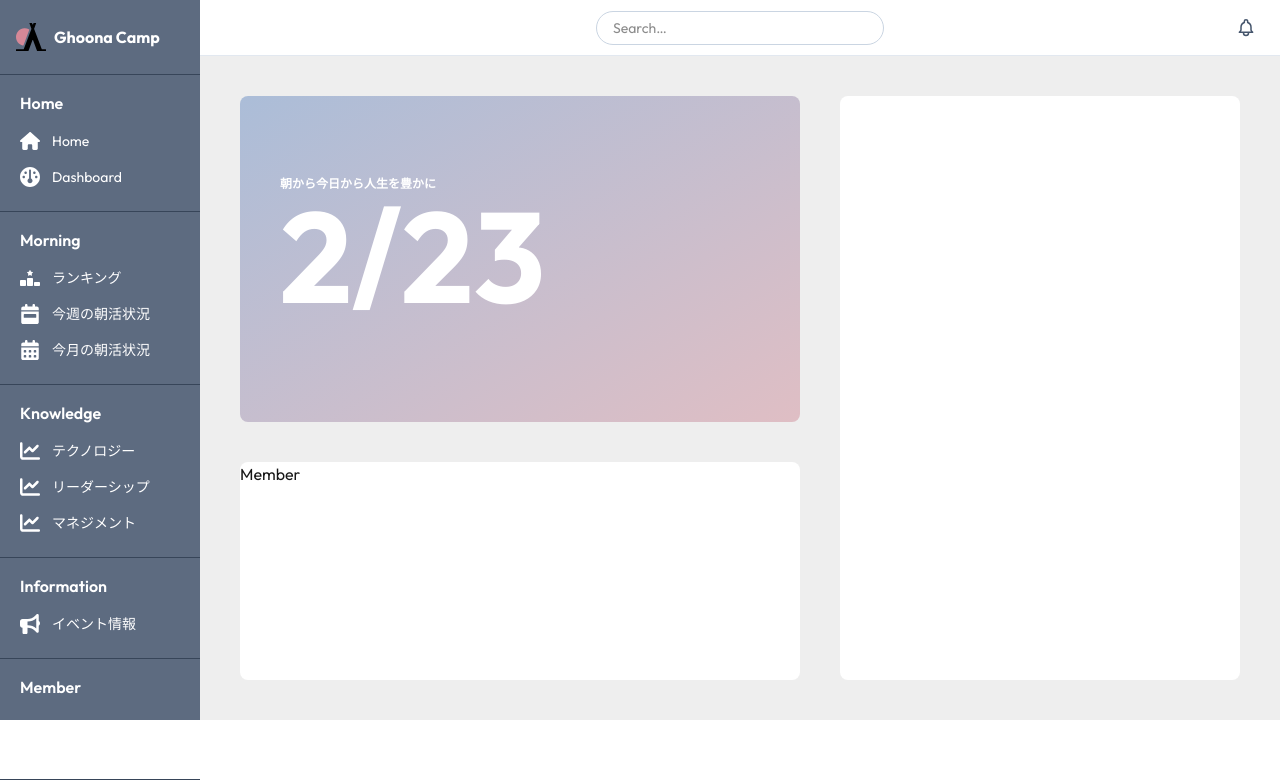
Repository: ShotaGhoona/ghoonacamp_platform
Page: /
An editor plug-in stored every save of this project. The page is shown before and after the next save, followed by the edit.
The browser window is 1280 px wide. The pictures show the whole page.
The page's requests for data from a server got no answer. The project was rebuilt for these pictures with package versions that can differ from the ones it lists, and the page was loaded fresh each time. The framework's server and built-in components were replaced by stand-ins that run in the browser. No one was signed in, and anything a server would have sent is missing. Also part of the build but not shown: next.config.js.

Above is the page before, as saved 2025-04-25 12:51:31.

After the next save:
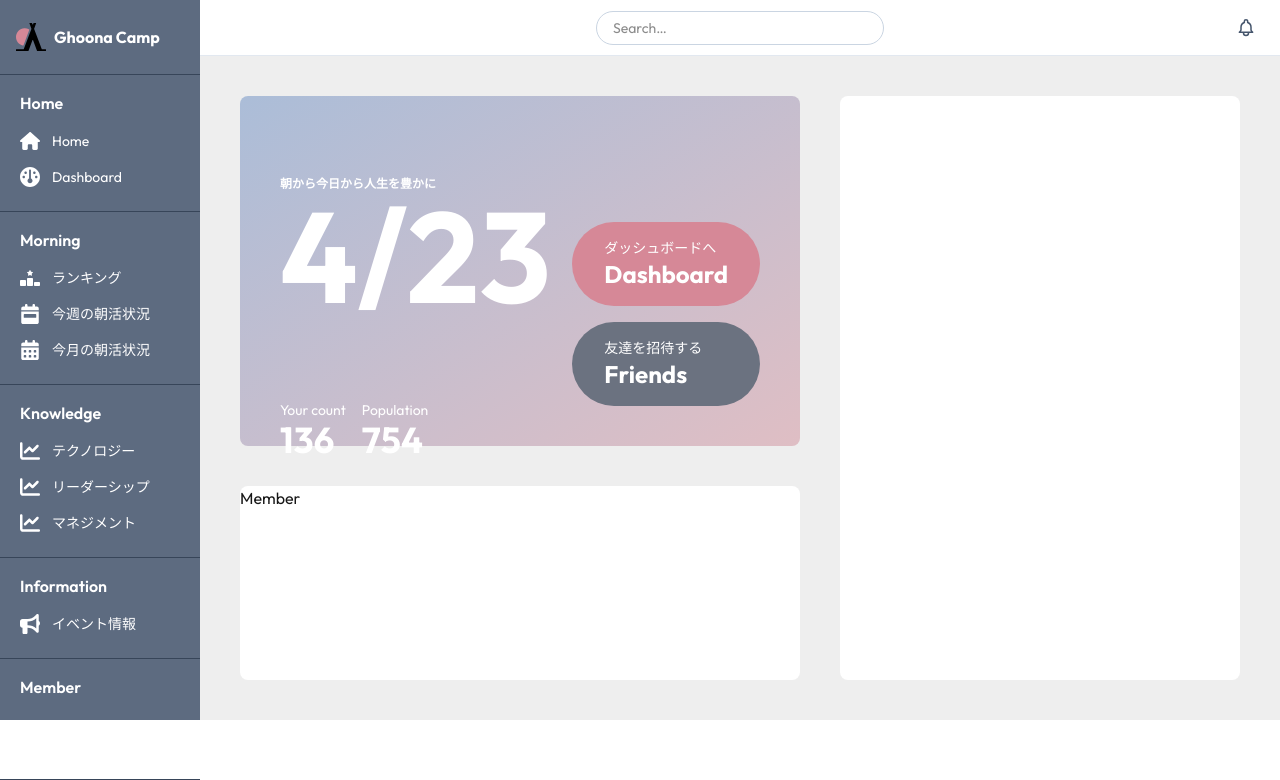
Saved 10 s later.
--- a/src/features/home/home/display/hero.tsx
+++ b/src/features/home/home/display/hero.tsx
@@ -4,14 +4,32 @@ import CornerCta from "../components/cornerCta";
 export default function Hero() {
   return (
     <div className="w-full h-full p-10 flex justify-between relative">
-        <div className="flex-1 text-white mt-10">
-            <p className="text-xs font-bold">朝から今日から人生を豊かに</p>
-            <p className="text-9xl font-bold">2/23</p>
+      <div className="flex-1 text-white mt-10">
+        <p className="text-xs font-bold">朝から今日から人生を豊かに</p>
+        <p className="text-9xl font-bold">4/23</p>
+        <div className="mt-20 flex gap-4">
+          <div>
+            <p className="text-sm">Your count</p>
+            <p className="text-4xl font-bold">136</p>
+          </div>
+          <div>
+            <p className="text-sm">Population</p>
+            <p className="text-4xl font-bold">754</p>
+          </div>
         </div>
-        <div className=""></div>
-        <div className="absolute bottom-0 right-0 translate-x-1/2 translate-y-1/2">
-            <CornerCta color="#D68897" />
-        </div>
+      </div>
+      <div className="absolute bottom-10 right-10 flex flex-col gap-4">
+        <CornerCta
+          color="D68897"
+          text="Dashboard"
+          subText="ダッシュボードへ"
+        />
+        <CornerCta
+          color="6B7280"
+          text="Friends"
+          subText="友達を招待する"
+        />
+      </div>
     </div>
   );
 }
